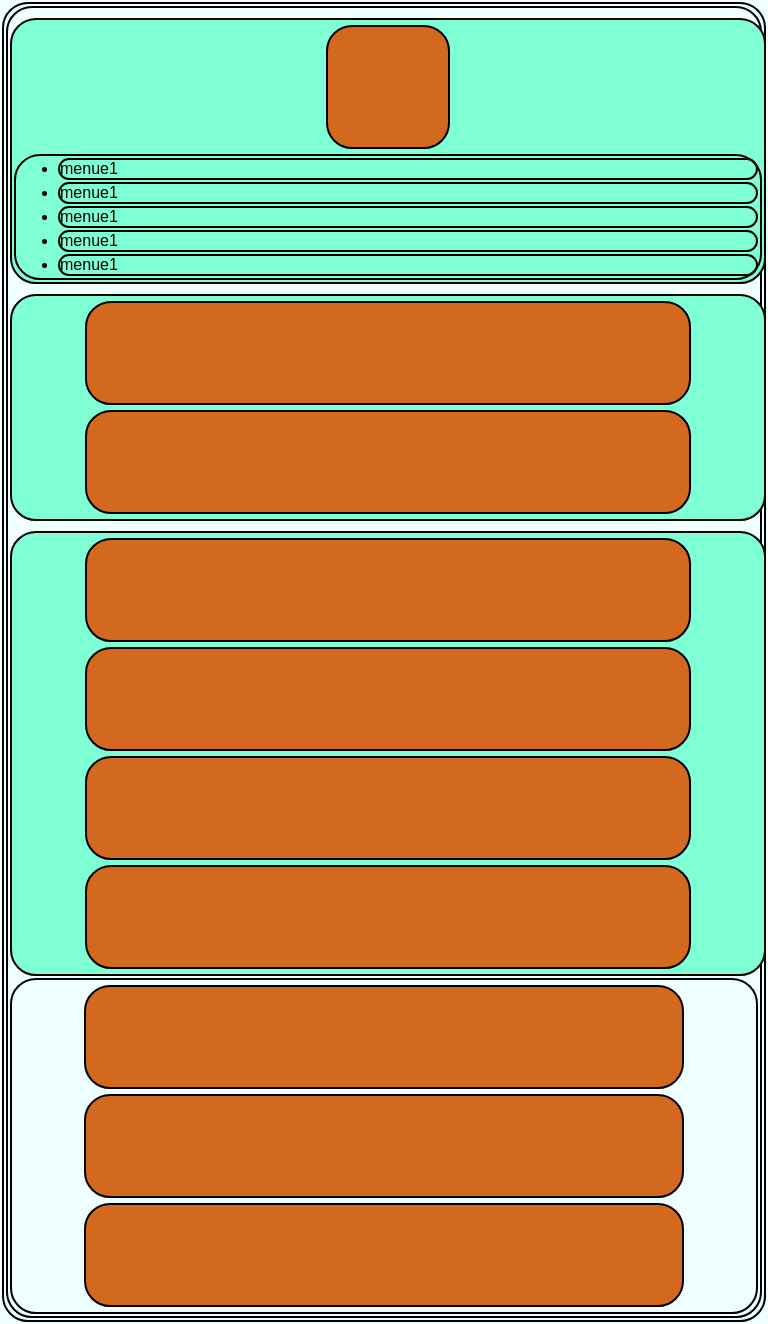
Repository: clairedupuich/cv-claireDUPUICH
Page: cv.html
An editor plug-in stored every save of this project. The page is shown before and after the next save, followed by the edit.
The browser window is 768 px wide. The pictures show the whole page.

Above is the page before, as saved 2020-10-08 13:09:54.

### cv.html
<!DOCTYPE html>
<html lang="fr" dir="ltr">
  <head>
    <meta charset="utf-8">
    <title>Exercice</title>
    <link rel="stylesheet" href="cv.css">
  </head>
  <body>
    <section class="header">
        <div class="img">
        </div>

            <ul class="nav">
                <li>menue1</li>
                <li>menue1</li>
                <li>menue1</li>
                <li>menue1</li>
                <li>menue1</li>
            </ul>

    </section>
      <section class="section 1">
          <div class="article1_1">
          </div>
          <div class="article1_2">
          </div>
      </section>
      <section class="section2">
        <div class="article2_1">
        </div>
        <div class="article2_2">
        </div>
        <div class="article2_3">
        </div>
        <div class="article2_4">
        </div>
      </section>
      <footer>
          <div class='footer1'>
          </div>
        <div class="footer2">
        </div>
        <div class="footer3">
        </div>
    </footer>
  </body>
</html>

### cv.css

@media screen and (max-width: 768px)
{
    * {
        font-family: Avenir, sans-serif;
        border: 2px solid black;
        border-radius: 26px;
        margin: 2px;

    }

    body {
        background-color: azure;


    }
    section {
        margin-top: 10px;
        width: 100%;
        background-color: aquamarine;


    }
    div {
        margin: 5px auto;
        width:80% ;
        height: 100px;
        background-color: chocolate;
    }


    .img {
        width:120px;
        height: 120px;
        text-align: left;
    }

}

After the next save:
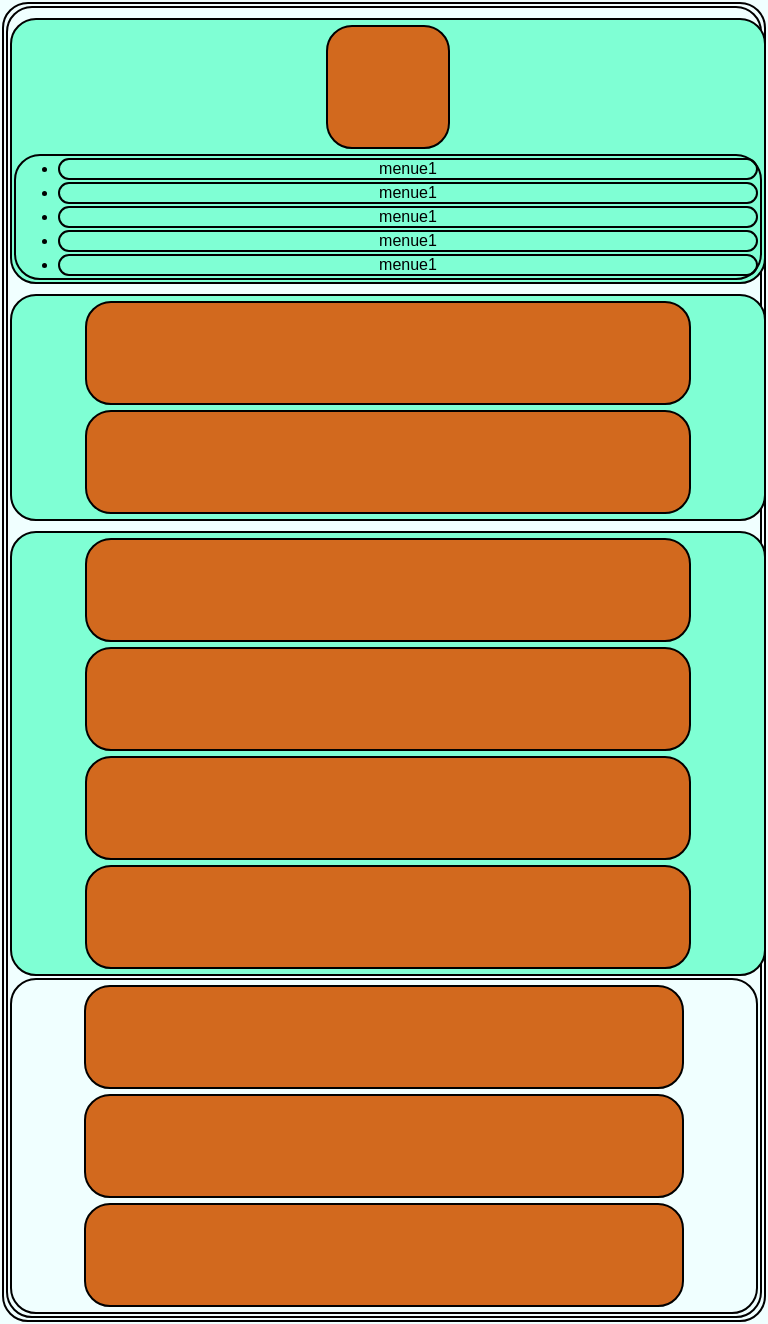
Saved 53 s later.
--- a/cv.css
+++ b/cv.css
@@ -27,7 +27,9 @@
         height: 100px;
         background-color: chocolate;
     }
-
+    ul {
+        text-align: center;
+    }
 
     .img {
         width:120px;
